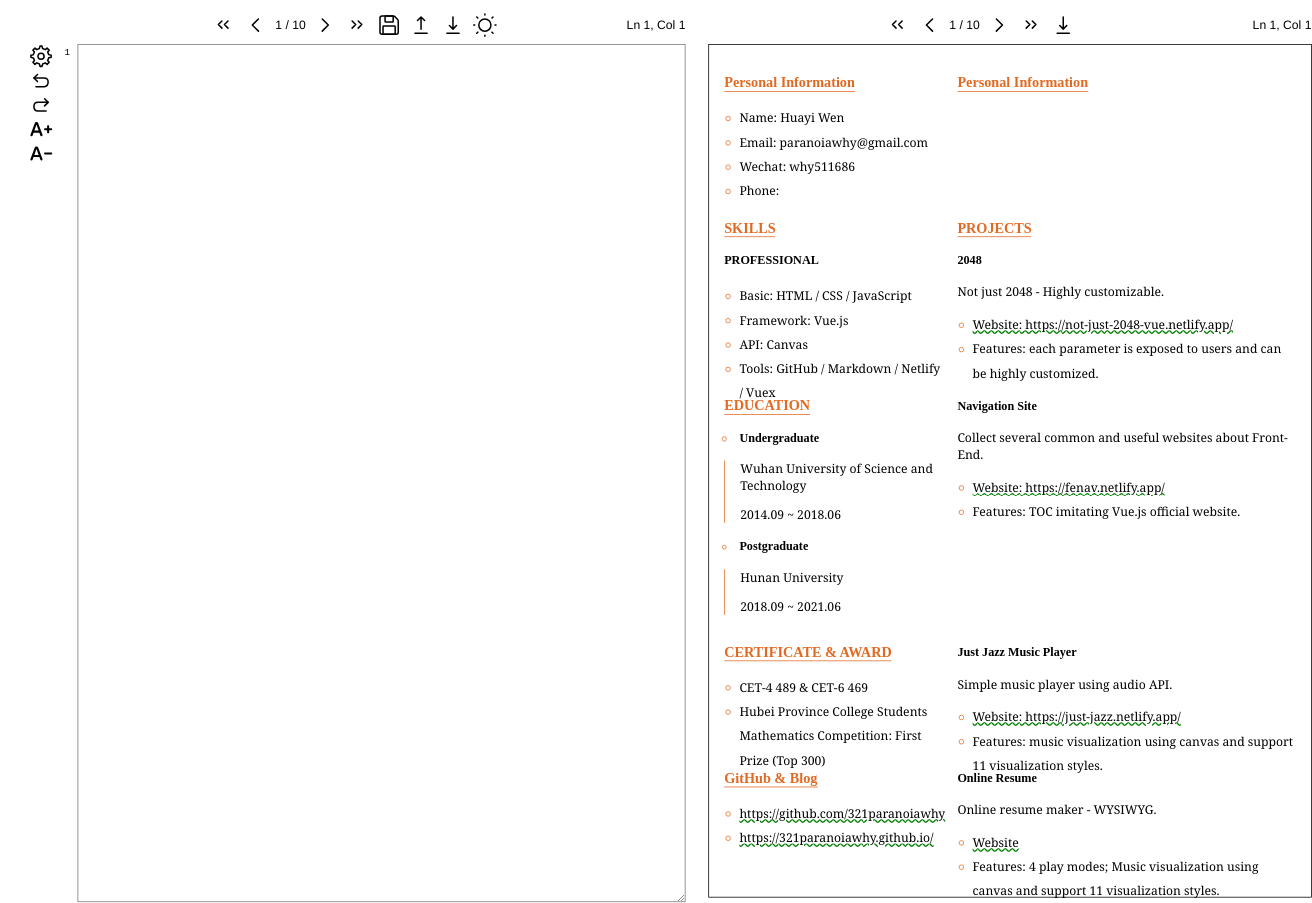
Repository: 321paranoiawhy/online-resume
Page: /
An editor plug-in stored every save of this project. The page is shown before and after the next save, followed by the edit.
The browser window is 1280 px wide. The page is 1726 px wide, so the pictures cover 1726 px, including what lies to the right of the window. The pictures show the whole page, at 76% of full size.
The project was rebuilt for these pictures with package versions that can differ from the ones it lists, and the page was loaded fresh each time. Also part of the build but not shown: vue.config.js, src/components/Header.vue, src/components/Introduction.vue, src/components/Footer.vue.

Above is the page before, as saved 2022-06-08 18:04:21.

### src/App.vue
<template>
    <router-view />
</template>

<style lang="scss">
html,
body,
#app {
    height: 100%;
}
#app {
    font-family: Avenir, Helvetica, Arial, sans-serif;
    -webkit-font-smoothing: antialiased;
    -moz-osx-font-smoothing: grayscale;
    text-align: center;
    // color: #2c3e50;
}
</style>

### src/css/common.css
:root {
    --A4-width: 210mm;
    --A4-height: 297mm;
    /* CSS 全局变量, 任何地方均可通过 var() 访问变量值 */
    --base: 12;
    /* 基于 --base 计算 --font-size-small 和 --line-height-small */
    /* 参考链接: https://www.ruanyifeng.com/blog/2017/05/css-variables.html */
    --font-size-small: calc(var(--base) * 1px);
    --line-height-small: calc(var(--base) * 1.5px);
    /* 字符间距 */
    --letter-spacing: 0.05em;
}
textarea.left-textarea {
    width: var(--A4-width); /* 210 * 96 / 25.4 = 793.7 px */
    height: var(--A4-height); /* 297 * 96 / 25.4 = 1122.52 px */
    /* 字体大小 */
    font-size: var(--font-size-small);
    /* 行高 */
    line-height: var(--line-height-small);
    /* 字符间距 */
    letter-spacing: var(--letter-spacing);
    /* 统一各浏览器下 textarea 盒模型 */
    margin: 0;
    border-width: 1px;
    padding: 2px;
}
div.right-output {
    /* 1 in = 25.4 mm = 96 px */
    width: var(--A4-width); /* 210 * 96 / 25.4 = 793.7 px */
    height: var(--A4-height); /* 297 * 96 / 25.4 = 1122.52 px */
    margin: 0;
    border: 1px solid red;
    padding: 2px;
    /* & .name {
        border: 1px solid blue;
    } */
}
img {
    width: 32px;
    height: 32px;
    cursor: pointer;
}

### src/views/HomeView.vue
<template>
    <!-- <TopHeader></TopHeader> -->
    <!-- <Introduction></Introduction> -->
    <div class="main-flex">
        <LeftInput class="left-input"></LeftInput>
        <RightOutput></RightOutput>
    </div>
    <!-- <BottomFooter></BottomFooter> -->
</template>

<script>
// @ is an alias to /src
import TopHeader from "@/components/Header.vue";
import Introduction from "@/components/Introduction.vue";
import LeftInput from "@/components/LeftInput.vue";
import RightOutput from "@/components/RightOutput.vue";
import BottomFooter from "@/components/Footer.vue";

// 功能拆解
// 下载源码和渲染结果文件(HTML&CSS, PDF, DOCX), 使用 Pandoc
// LaTeX 语法支持 (引入 MathJax)
// JavaScript 实现 解析
// common.css 负责特定样式
// 切换主题或者切换模板
// 主题 白天 黑夜
// 模板 暂定唯一模板 后续定制更多模板 (寻找优雅的 resume 模板)
// autosave
// localstorage
// 左侧应有快速插入标记, 如 name
export default {
    name: "HomeView",
    components: {
        TopHeader,
        Introduction,
        LeftInput,
        RightOutput,
        BottomFooter,
    },
};
</script>

<style scoped lang="scss">
div.main-flex {
    display: flex;
    width: fit-content;
    & .left-input {
        margin-left: 30px;
        margin-right: 30px;
    }
}
</style>

### src/components/RightOutput.vue
<template>
    <div class="right-output-flex-column">
        <div class="top-flex">
            <div class="center">
                <img
                    v-for="(item, index) in rightOutputImage.slice(0, 2)"
                    :key="index"
                    :src="require('../assets/images/' + item.img_src + '.svg')"
                    :alt="item.img_src"
                    @click="Fn(item.function)"
                />
                <p>{{ currentOutputPage }} / {{ totalOutputPage }}</p>
                <img
                    v-for="(item, index) in rightOutputImage.slice(2)"
                    :key="index"
                    :src="require('../assets/images/' + item.img_src + '.svg')"
                    :alt="item.img_src"
                    @click="Fn(item.function)"
                />
            </div>
            <!-- 快速跳转至某行某列 (默认当前页) -->
            <p @click="gotoLnAndCol">Ln 1, Col 1</p>
        </div>
        <!-- <div class="right-output" ref="output"></div> -->
        <testTemplateEN></testTemplateEN>
    </div>
</template>

<script>
import rightOutputImage from "/public/data/rightOutputImage.json";
import testTemplateEN from "./testTemplateEN.vue";

import { onMounted, ref, watch } from "@vue/runtime-core";
import { useStore } from "vuex";

export default {
    name: "RightOutput",
    components: {
        testTemplateEN,
    },
    setup() {
        let currentOutputPage = ref(1);
        let totalOutputPage = ref(10);
        const store = useStore();
        let output = ref(null);
        // 思路一: 根据左边输入栏实时输出至右边, 并设置相应的样式
        // 思路二: 默认右边已有示例模板, 左边输入栏实时输入右边输出栏实时更新替换
        // 思路二更优: 用户可预览, 页面须有提示或者有帮助文档 F1 查看 各块对应语法 syntax
        onMounted(() => {
            // output.value.value = computed(() => {
            //     console.log(store.state.compiledHTML);
            //     return store.state.compiledHTML;
            // });
            // output.value.innerHTML = store.state.compiledHTML;
        });
        watch(
            () => store.state.compiledHTML,
            () => {
                output.value.innerHTML = store.state.compiledHTML;
                // 设置 CSS 样式
            }
        );
        return {
            rightOutputImage,
            currentOutputPage,
            totalOutputPage,
            output,
        };
    },
};
</script>

<style scoped lang="scss">
.right-output-flex-column {
    display: flex;
    flex-direction: column;
    & div.top-flex {
        display: flex;
        width: 210mm;
        margin-left: auto;
        justify-content: center;
        & div.center {
            flex-grow: 1;
            display: flex;
            justify-content: center;
            align-items: center;
            gap: 10px;
        }
    }
}
</style>

### src/components/Sidebar.vue
<template>
    <div class="sidebar-flex-column">
        <img
            v-for="(item, index) in sidebarImage"
            :key="index"
            :src="require('../assets/images/' + item.img_src + '.svg')"
            :alt="item.img_src"
            @click="Fn(item.function)"
        />
    </div>
</template>

<script>
// 引入图片 json 数据文件
import sidebarImage from "/public/data/sidebarImage.json";

export default {
    name: "Sidebar",
    setup() {
        // 当前 base
        let currentBase = 12;
        // Fn: 根据入参执行相应函数
        let Fn = (parameter) => {
            switch (parameter) {
                case "set":
                    break;
                // 撤销 TODO(有限次 or 无限次)
                case "undo":
                    break;
                // 重做 TODO
                case "redo":
                    break;
                // 每次 --base +2
                case "textIncrease":
                    // 最大值: 24 (2*12)
                    if (currentBase === 24) {
                        return;
                    }
                    // 修改 root --base (可同步修改 --font-size-small,--line-height-small)
                    document.documentElement.style.setProperty(
                        "--base",
                        `${currentBase + 2}`
                    );
                    // 更新 currentBase
                    currentBase += 2;
                    break;
                // 每次 --base -2
                case "textDecrease":
                    // 最小值: 8
                    if (currentBase === 8) {
                        return;
                    }
                    document.documentElement.style.setProperty(
                        "--base",
                        `${currentBase - 2}`
                    );
                    // 更新 currentBase
                    currentBase -= 2;
                    break;
                default:
                    break;
            }
        };
        return {
            sidebarImage,
            currentBase,
            Fn,
        };
    },
};
</script>

<style scoped lang="scss">
.sidebar-flex-column {
    display: flex;
    flex-direction: column;
    width: fit-content;
    height: fit-content;
}
</style>

### src/components/testTemplateEN.vue
<template>
    <div class="grid">
        <div>
            <h3>Personal Information</h3>
            <ul>
                <li>Name: Huayi Wen</li>
                <li>Email: paranoiawhy@gmail.com</li>
                <li>Wechat: why511686</li>
                <li>Phone:</li>
            </ul>
        </div>
        <div>
            <h3>Personal Information</h3>
        </div>
        <div>
            <h3>SKILLS</h3>
            <h4>PROFESSIONAL</h4>
            <ul>
                <li>Basic: HTML / CSS / JavaScript</li>
                <li>Framework: Vue.js</li>
                <li>API: Canvas</li>
                <li>Tools: GitHub / Markdown / Netlify / Vuex</li>
            </ul>
        </div>
        <div>
            <h3>PROJECTS</h3>
            <h4>2048</h4>
            <p>Not just 2048 - Highly customizable.</p>
            <ul>
                <li>
                    <a href="https://not-just-2048-vue.netlify.app/"
                        >Website: https://not-just-2048-vue.netlify.app/</a
                    >
                </li>
                <li>
                    Features: each parameter is exposed to users and can be
                    highly customized.
                </li>
            </ul>
        </div>
        <div>
            <h3>EDUCATION</h3>
            <h4 class="disc">Undergraduate</h4>
            <div class="border">
                <p>Wuhan University of Science and Technology</p>
                <p>2014.09 ~ 2018.06</p>
            </div>
            <h4 class="disc">Postgraduate</h4>
            <div class="border">
                <p>Hunan University</p>
                <p>2018.09 ~ 2021.06</p>
            </div>
        </div>
        <div>
            <h4>Navigation Site</h4>
            <p>Collect several common and useful websites about Front-End.</p>
            <ul>
                <li>
                    <a href="https://fenav.netlify.app/"
                        >Website: https://fenav.netlify.app/</a
                    >
                </li>
                <li>Features: TOC imitating Vue.js official website.</li>
            </ul>
        </div>
        <div>
            <h3>CERTIFICATE & AWARD</h3>
            <ul>
                <li>CET-4 489 & CET-6 469</li>
                <li>
                    Hubei Province College Students Mathematics Competition:
                    First Prize (Top 300)
                </li>
            </ul>
        </div>
        <div>
            <h4>Just Jazz Music Player</h4>
            <p>Simple music player using audio API.</p>
            <ul>
                <li>
                    <a href="https://just-jazz.netlify.app/"
                        >Website: https://just-jazz.netlify.app/</a
                    >
                </li>
                <li>
                    Features: music visualization using canvas and support 11
                    visualization styles.
                </li>
            </ul>
        </div>
        <div>
            <h3>GitHub & Blog</h3>
            <ul>
                <li>
                    <a href="https://github.com/321paranoiawhy"
                        >https://github.com/321paranoiawhy</a
                    >
                </li>
                <li>
                    <a href="https://321paranoiawhy.github.io/"
                        >https://321paranoiawhy.github.io/</a
                    >
                </li>
            </ul>
        </div>
        <div>
            <h4>Online Resume</h4>
            <p>Online resume maker - WYSIWYG.</p>
            <ul>
                <li>
                    <a href="https://just-jazz.netlify.app/">Website</a>
                </li>
                <li>
                    Features: 4 play modes; Music visualization using canvas and
                    support 11 visualization styles.
                </li>
            </ul>
        </div>
    </div>
</template>

<script>
export default {
    name: "testTemplate",
    setup() {
        return {};
    },
};
</script>

<style scoped lang="scss">
// @import url("https://fonts.googleapis.com/css2?family=Cormorant+Garamond:wght@500&display=swap");
$margin-left: 20px;
div.grid {
    display: grid;
    grid-template-columns: 0.618fr 1fr;
    // grid-template-rows: auto;
    column-gap: 1rem;
    width: var(--A4-width);
    height: var(--A4-height);
    // background-color: #e6e6e6;
    text-align: left;
    // border-box
    box-sizing: border-box;
    // 内边距
    padding: 20px;
    border: 1px solid;
    & ul {
        padding: 0 0 0 $margin-left;
        margin: 0;
        list-style-type: circle;
        font-family: Cambria;
        & li {
            & img {
                width: 24px;
                height: 24px;
                vertical-align: middle;
                margin-right: 5px;
            }
            height: 2rem;
            line-height: 2rem;
        }
    }
    & ul li::marker {
        color: #e26921;
    }
    & p {
        font-family: Cambria;
    }
    & h3 {
        color: #e26921;
        font-family: didot;
        width: fit-content;
        border-bottom: 1px solid;
    }
    & h4 {
        font-family: didot;
    }
    & h4.disc {
        position: relative;
        margin-left: $margin-left;
        &::before {
            position: absolute;
            content: " ";
            left: -23.2px;
            top: 40%;
            width: 4.4px;
            height: 4.4px;
            border: 1px solid #e26921;
            border-radius: 50%;
        }
    }
    & a {
        text-decoration: green wavy underline;
        color: inherit;
        // font-family: Cambria;
        // font-family: "Cormorant Garamond", serif;
    }
    & div.border {
        border-left: 1px solid #e26921;
        & p {
            margin-left: $margin-left;
        }
    }
}
</style>

Loaded but not shown: public/index.html (common file); src/router/index.js (common file); public/data/leftInputImage.json (30 lines, source omitted); public/data/rightOutputImage.json (22 lines, source omitted); public/data/sidebarImage.json (22 lines, source omitted); src/store/index.js (34 lines, source omitted); src/main.js (8 lines, source omitted); src/components/LeftInput.vue (291 lines, source omitted)

After the next save:
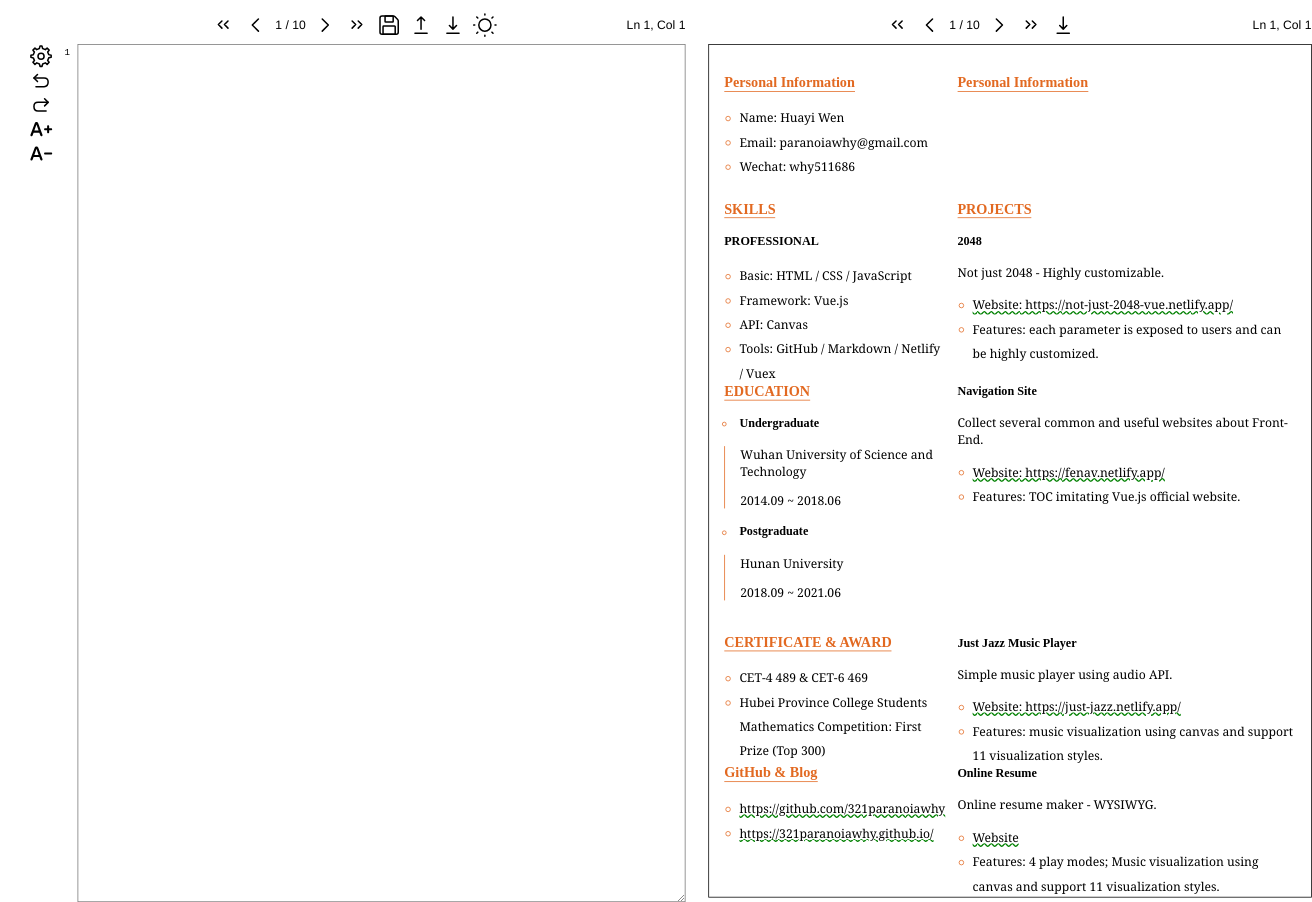
Saved 82 s later.
--- a/src/components/testTemplateEN.vue
+++ b/src/components/testTemplateEN.vue
@@ -6,7 +6,6 @@
                 <li>Name: Huayi Wen</li>
                 <li>Email: paranoiawhy@gmail.com</li>
                 <li>Wechat: why511686</li>
-                <li>Phone:</li>
             </ul>
         </div>
         <div>
